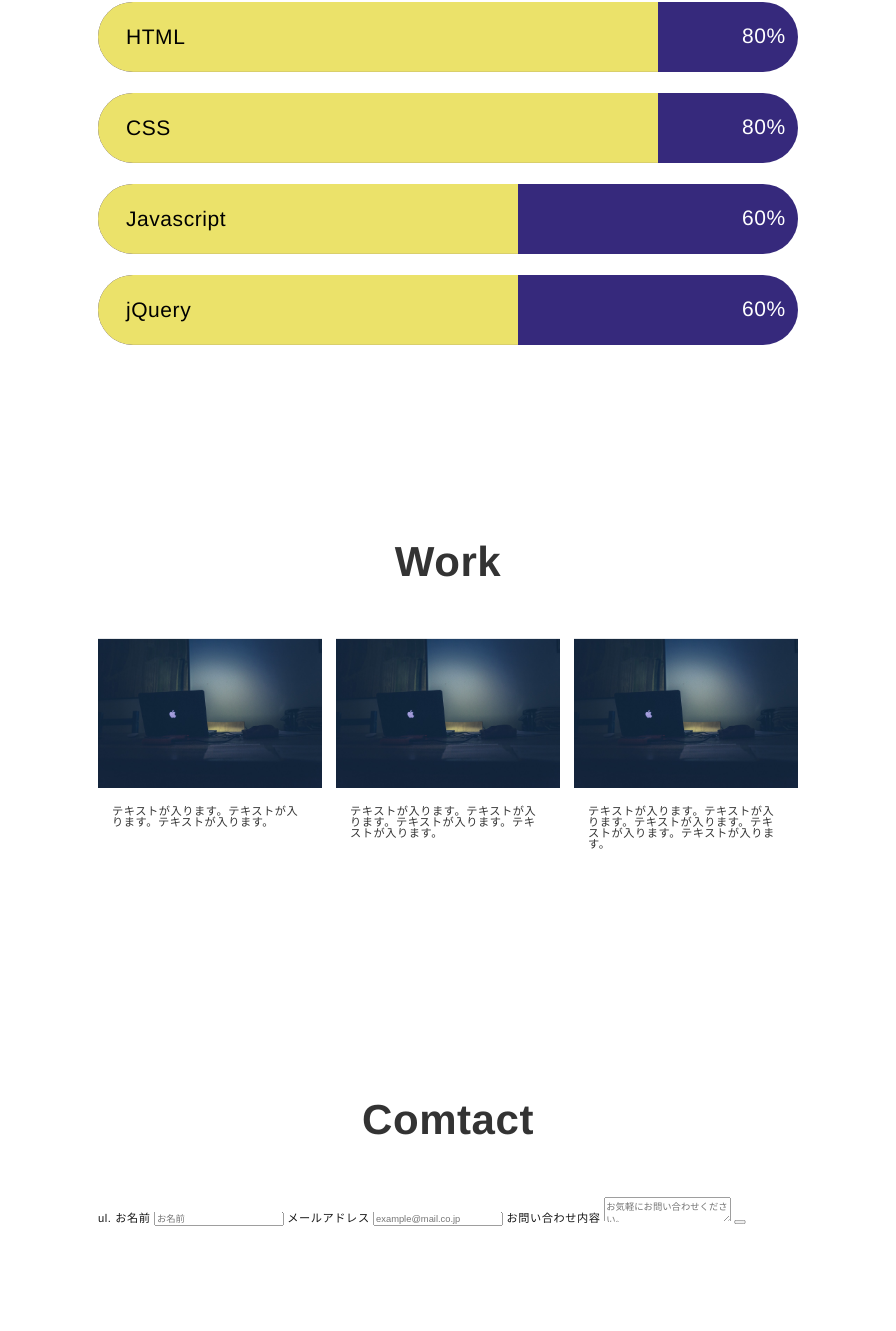
Repository: sadayuki15/portfolio
Page: index.html
The author's editor kept a copy of each file at every save. The page is drawn from the files as they stood at one save, then again after a run of saves.
The browser window is 1280 px wide. The pictures show the part of the page from y = 1874 to 3794 px (the page is 3776 px tall before and 3794 px after), at 70% of full size.

Above is the page before, as saved 2021-04-22 21:22:33.

### index.html
<!DOCTYPE html>
<html lang="ja">
<head>
  <meta charset="UTF-8">
  <meta http-equiv="X-UA-Compatible" content="IE=edge">
  <meta name="viewport" content="width=device-width, initial-scale=1.0">
  <link rel="stylesheet" href="./css/reset.css">
  <link rel="stylesheet" href="./css/style.css">
  <title>Document</title>
</head>
<body>
  <!-- header -->
  <header class="header">
    <div class="header-inner">
      <h1 class="header-title">PortFolio</h1>
      <nav class="header-nav">
        <ul class="nav-list">
          <li class="nav-item"><a href="#">Home</a></li>
          <li class="nav-item"><a href="#">About</a></li>
          <li class="nav-item"><a href="#">Skil</a></li>
          <li class="nav-item"><a href="#">Work</a></li>
          <li class="nav-item"><a href="#">Contact</a></li>
        </ul>
      </nav>
    </div>
  </header>
  <!-- //header -->

  <main>
  <!-- fv -->
  <div class="fv">
    <div class="main-copy">
      <p class="main-title">
        SADAYUKI<br>
        NISIYAMA
      </p>
    </div>
  </div>
  <!-- //fv -->

  <!-- About -->
  <div class="section-wrapper">
    <h2 class="section-title">ABOUT</h2>
    <div class="section-inner about">
      <div class="about-img-wrapper">
        <img src="" alt="">
      </div>
      <div class="about-contents">
        <p class="about-text">
          はじめまして、西山禎侑と申します。
        </p>
        <p class="about-text">
          1986年生まれ。鳥取県八頭郡出身。
        </p>
        <p class="about-text">
          地元の大学卒業後、民間企業へ入社。11年間、個人から法人までの営業、事務、企画等（主に金融業務）を経験し退職。
        </p>
        <p class="about-text">
          2021年2月より完全未経験からプログラミングを学習し、フリーランスエンジニアを目指し新たな道へ挑戦。
        </p>
        <p class="about-text">
          目指すは「頼んで良かった」、「またお願いしたい」と言われる人材に。
        </p>
        <p class="about-text">
          コーディング、Webサイト制作のお仕事が可能です。<br>
          お仕事のご相談等、お気軽にお問い合わせ下さい。
        </p>
        <p class="about-text">
          何卒、よろしくお願い致します。
        </p>
      </div>
    </div>
  </div>
  <!-- //About -->

  <!-- skil -->
  <div class="section-wrapper">
    <h2 class="section-title">Skil</h2>
    <div class="section-inner">
      <div class="chart">
        <div id="board">
          <div class="row">
            <span class="label">HTML</span>
            <div class="bar-wrap">
              <div class="bar" data-value="80"></div>
            </div>
            <span class="number">80%</span>
          </div><!-- row -->
          <div class="row">
            <span class="label">CSS</span>
            <div class="bar-wrap">
              <div class="bar" data-value="80"></div>
            </div>
            <span class="number">80%</span>
          </div><!-- row -->
          <div class="row">
            <span class="label">Javascript</span>
            <div class="bar-wrap">
              <div class="bar" data-value="60"></div>
            </div>
            <span class="number">60%</span>
          </div><!-- row -->
          <div class="row">
            <span class="label">jQuery</span>
            <div class="bar-wrap">
              <div class="bar" data-value="60"></div>
            </div>
            <span class="number">60%</span>
          </div><!-- row -->
        </div><!-- board -->
      </div><!-- chart -->
    </div>
  </div>
  <!-- //skil -->

  <!-- works -->
  <div class="section-wrapper">
    <h2 class="section-title">Work</h2>
    <div class="section-inner">
      <ul class="work-list">
        <li class="work-item">
          <a href="">
            <div class="work-img">
              <img src="./img/top2.jpg" alt="">
            </div>
            <p class="work-text">テキストが入ります。テキストが入ります。テキストが入ります。</p>
          </a>
        </li>
        <li class="work-item">
          <a href="">
            <div class="work-img">
              <img src="./img/top2.jpg" alt="">
            </div>
            <p class="work-text">テキストが入ります。テキストが入ります。テキストが入ります。テキストが入ります。</p>
          </a>
        </li>
        <li class="work-item">
          <a href="">
            <div class="work-img">
              <img src="./img/top2.jpg" alt="">
            </div>
            <p class="work-text">テキストが入ります。テキストが入ります。テキストが入ります。テキストが入ります。テキストが入ります。</p>
          </a>
        </li>
      </ul>
    </div>
  </div>
  <!-- //works -->

  <!-- contact -->
  <div class="section-wrapper">
    <h2 class="section-title">Comtact</h2>
    <div class="section-inner">
      <form action="https://docs.google.com/forms/u/0/d/e/1FAIpQLSfCjsqzzj8C34UUE0Mi2WnerATBCsd4cWR83YcoPwhWItEpFQ/formResponse">
        ul.
        <label for="name">お名前</label>
        <input id="name" type="text" name="entry.32834570" placeholder="お名前">
        <label for="email">メールアドレス</label>
        <input id="email" type="text" name="entry.303714741" placeholder="example@mail.co.jp">
        <label for="msg">お問い合わせ内容</label>
        <textarea id="msg" name="entry.1496098719" placeholder="お気軽にお問い合わせください。"></textarea>
        <button type="submit" name="button" value="送信"></button>
      </form>
    </div>
  </div>
  <!-- //contact -->







  </main>



  <script src="jquery-3.6.0.min.js"></script>
  <script src="index.js"></script>
</body>
</html>

### css/style.css
html {
  font-size: 62.5%;
}
body {
  font-size: 1.6rem;
  letter-spacing: .05em;
  color: #171717;
  font-family: Helvetica, '游ゴシック', 'Yu Gothic', YuGothic, HiraKakuProN-W3, 'メイリオ', Meiryo, sans-serif;
}
ul {
  text-decoration: none;
}
li {
  list-style: none;
}
a {
  text-decoration: none;
}
img {
  width: 100%;
  vertical-align: bottom;
}
/*-------共通-------*/
.section-wrapper {
  padding: 100px 0 100px;
  margin-bottom: 50px;
}
.section-title{
  max-width: 1000px;
  color: #333;
  font-size: 6rem;
  margin: 0 auto 80px;
  padding: 0 30px;
  text-align: center;
}
.section-inner {
  max-width: 1000px;
  margin: 0 auto;
  padding: 0 50px;
}


/*-------header-------*/
.header {
  width: 100%;
  padding: 19px 30px;
  position: absolute;
  top: 0;
  left: 0;
  z-index: 1;
  transition: .3s;
  color: #fff;
  box-sizing: border-box;
}
.header-inner {
  max-width: 1200px;
  margin: 0 auto;
  display: flex;
  justify-content: space-between;
  align-items: center;
  box-sizing: border-box;
}
.header-title {
  font-size: 2.6rem;
}
.nav-list {
  display: flex;
}
.nav-item a {
  display: block;
  color: #fff;
  font-weight: bold;
  text-decoration: none;
  transition: .3s;
}
.nav-item {
  margin-right: 30px;
}
.nav-item:last-of-type {
  margin-right: 0;
}
.nav-item a:hover {
  opacity: .7;
  transition: .3s;
  text-decoration: 3px underline;
}

/*-------fv-------*/
.fv {
  width: 100%;
  height: 100vh;
  min-height: 550px;
  background-image: url(../img/fv-top.jpg);
  background-size: cover;
  background-position: center;
  /* position: relative; */
}
.main-copy {
  position: absolute;
  bottom: 155px;
  left: 120px;
  color: #fff;
  font-weight: bold;
}
.main-title{
  font-size: 15rem;
  text-align: center;
}

.about{
  display: flex;
  justify-content: space-between;
  align-items: center;
}
.about-img-wrapper {
  max-width: 480px;
}
.about-text {
  max-width: 480px;
  margin-bottom: 30px;
  line-height: 1.8;
  font-weight: bold;
}

/*-------skil-------*/
.content {
  width: 100%;
  height: 200px;
  line-height: 200px;
  text-align: center;
}
.chart {
  max-width: 1000px;
  margin: 0 auto;
}
.chart .row {
  position: relative;
  height: 100px;
  margin-bottom: 25px;
}
.chart .row span {
  color: #000;
  font-size: 1.8rem;
}
.chart .row span.label {
  position: absolute;
  top: 35px;
  left: 3%;
  padding-left: 10px;
  text-align: left;
  line-height: 30px;
  z-index: 10;
}
.chart .row .bar-wrap {
  position: relative;
  background: #36297c;
  width: 100%;
  height: 100%;
  overflow: hidden;
  border-radius: 50px;
}
.chart .row .bar-wrap .bar {
  position: absolute;
  top: 0;
  left: 0;
  height: 100%;
  background: #ebe26a;
  transition: all 1s;
  transform: translateX(-100%);
}
.chart .row .bar-wrap .bar.no {
  transform: translateX(0%);
}
.chart .row span.number {
  position: absolute;
  top: 35px;
  right: 3%;
  width: 40px;
  padding-right: 10px;
  text-align: right;
  line-height: 28px;
  z-index: 10;
  color: #fff;
}

/*-------work-------*/
.work-list {
  max-width: 1000px;
  margin: 0 auto 80px;
  display: flex;
  justify-content: space-between;
}
.work-item {
  width: 32%;
}
.work-item a {
  color: #333;
}
.work-text {
  padding: 25px 20px;
}



/*-------media-------*/
@media screen and (min-width: 1000px) {
  .chart .row {
    margin-bottom: 30px;
  }
  .chart .row span {
    color: #000;
    font-size: 3rem;
  }
}

@media screen and (max-width: 1000px) {
  .chart .row {
    margin-bottom: 30px;
  }
  .chart .row span {
    color: #000;
    font-size: 3vw;
  }
}

### index.js
function generateChart(wrapper) {
  let values = [];

  $(wrapper + ' .bar').each(function(index, el) {
    values.push($(this).data('value'));
  });

  $(wrapper + ' .bar').each(function(index, el) {
    let bar = $(this);
    let value = bar.data('value');

    bar.width(value + '%');

    let board = $('#board');
    let boardO = board.offset().top;
    let boardH = board.height();
    let windowH = $(window).height();
    let windowS = $(window).scrollTop();

    if(windowS > boardO - windowH + (windowH / 2) && windowS < boardO + boardH - (boardH / 2)){
      bar.addClass('no');
    }
  });
}

$(window).on('scroll', function(event) {
  generateChart('#board');
});

Loaded but not shown: css/reset.css (common file); jquery-3.6.0.min.js (library)

After the next 4 saves:
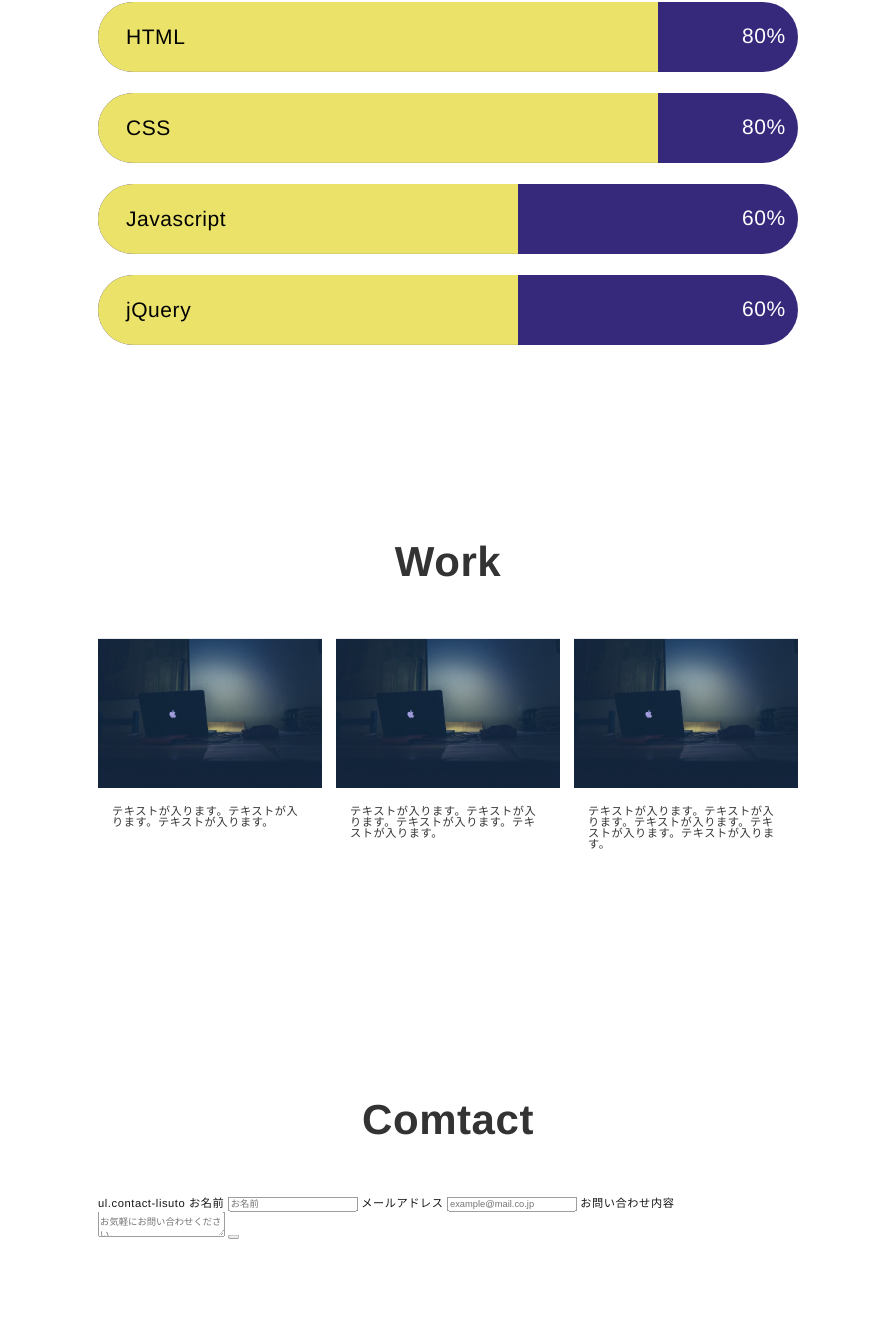
The 4 saves are shown as one change because they came seconds apart.
The last was saved 13 s later.
--- a/index.html
+++ b/index.html
@@ -152,7 +152,7 @@
     <h2 class="section-title">Comtact</h2>
     <div class="section-inner">
       <form action="https://docs.google.com/forms/u/0/d/e/1FAIpQLSfCjsqzzj8C34UUE0Mi2WnerATBCsd4cWR83YcoPwhWItEpFQ/formResponse">
-        ul.
+        ul.contact-lisuto
         <label for="name">お名前</label>
         <input id="name" type="text" name="entry.32834570" placeholder="お名前">
         <label for="email">メールアドレス</label>
